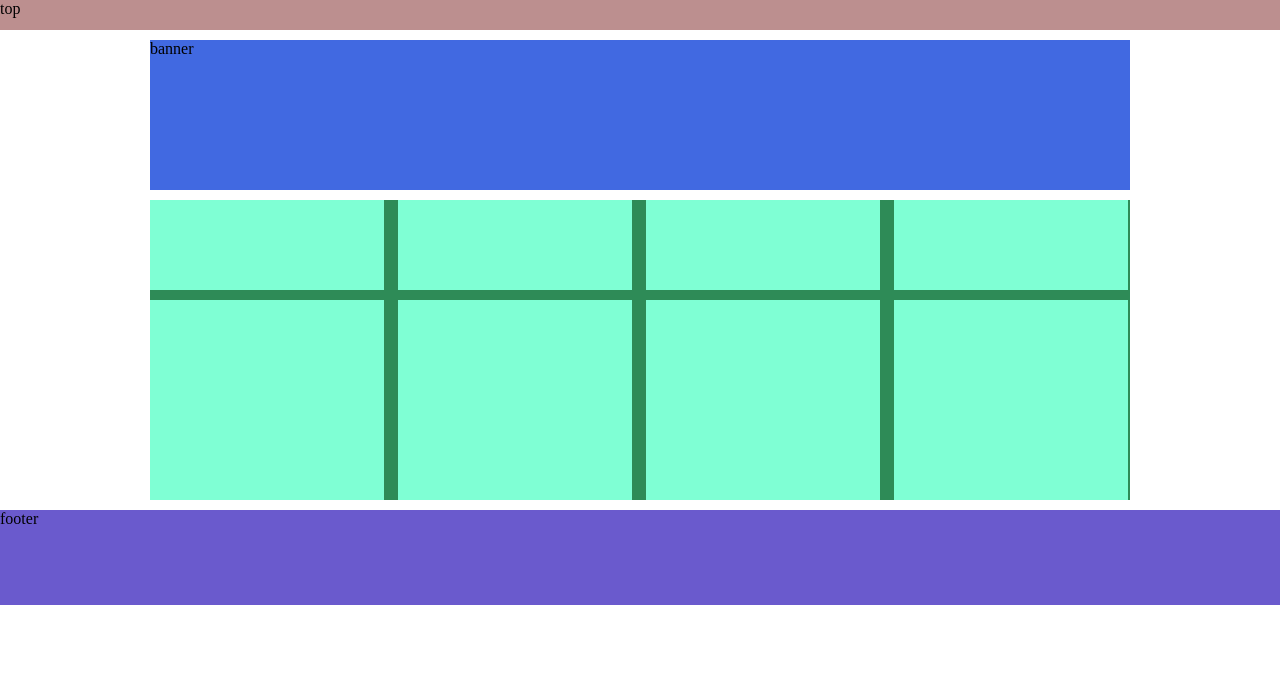
Repository: TheBestBadGuy0228/code
Page: 网页简单布局.案例.html
These files come from the project's save history. The page is drawn as it stood at one moment and after the next save; the edit follows.
The browser window is 1280 px wide. The pictures show the whole page.

Above is the page before, as saved 2021-12-09 11:11:40.

After the next save:
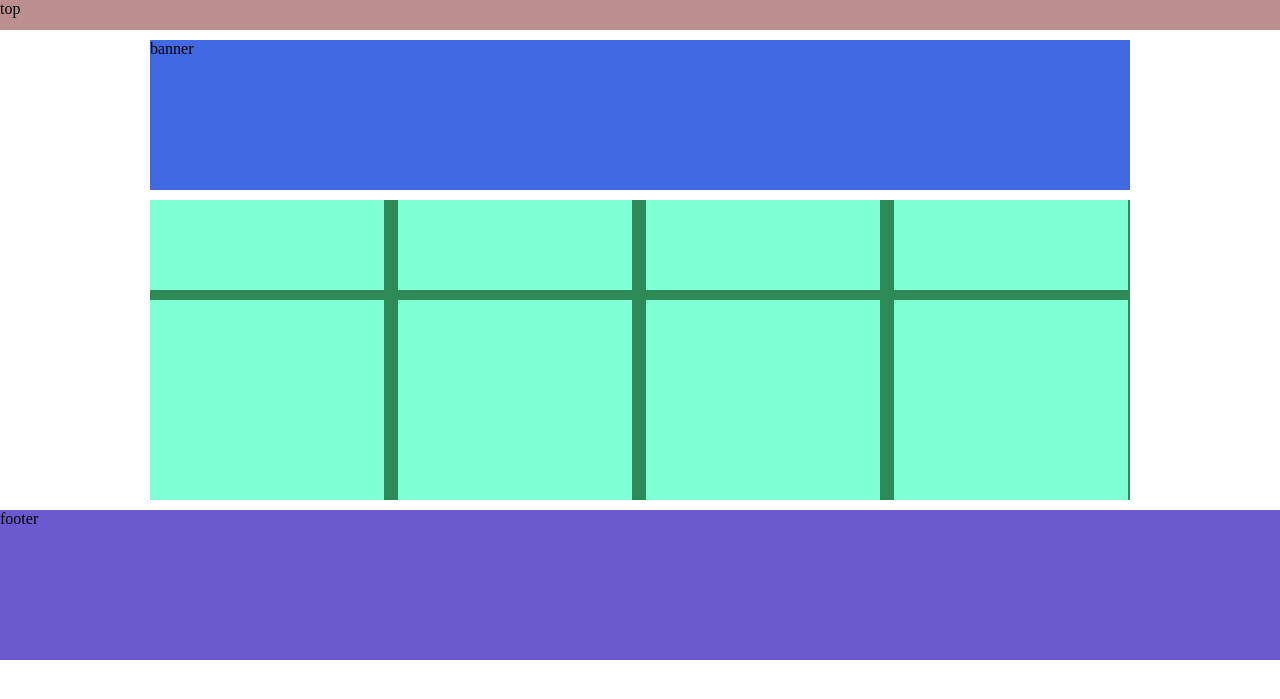
Saved 84 s later.
--- a/网页简单布局.案例.html
+++ b/网页简单布局.案例.html
@@ -40,7 +40,7 @@
         }
 
         .footer {
-            height: 95px;
+            height: 150px;
             background-color: slateblue;
             margin: 0 auto 10px;
         }
